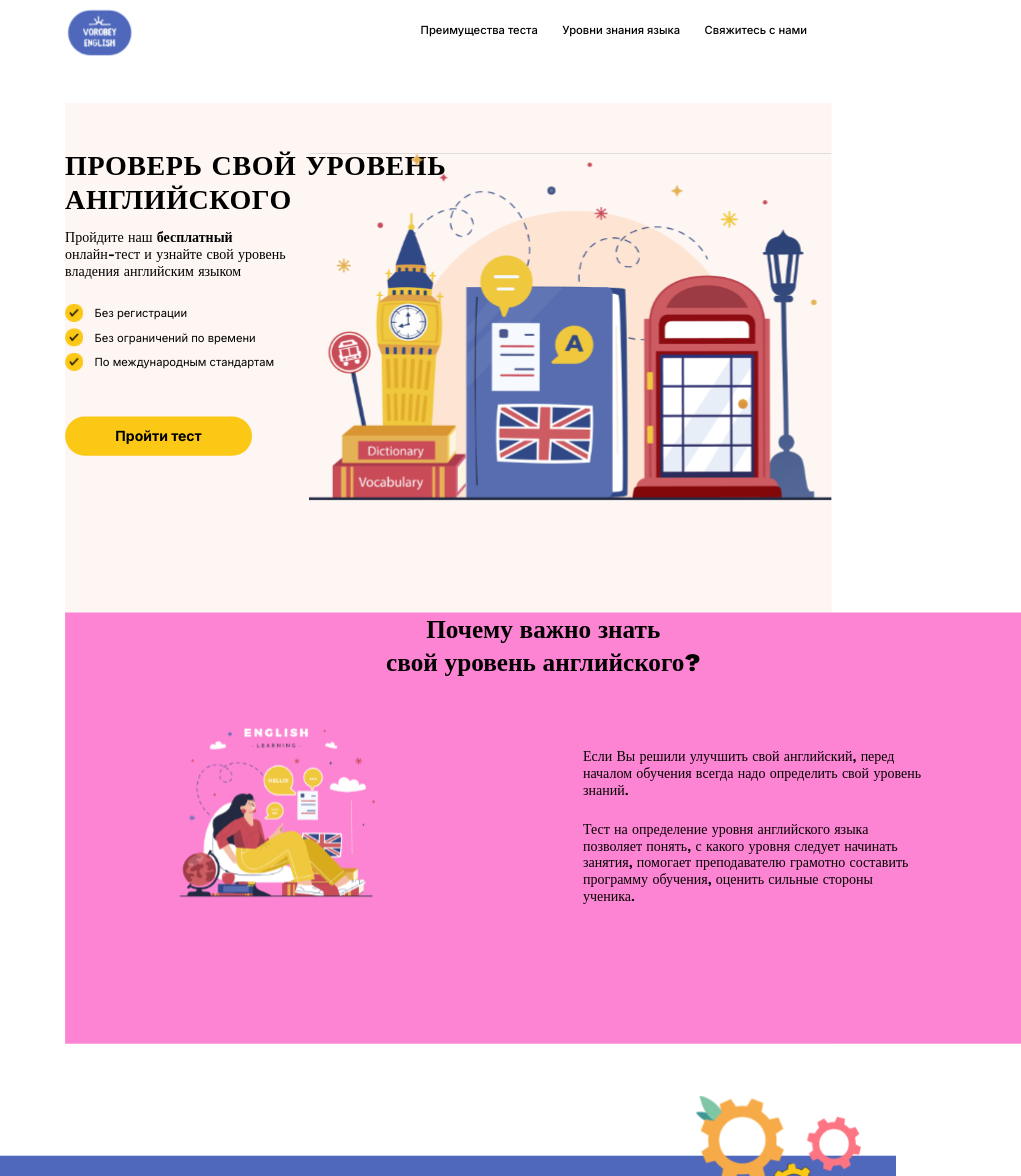
Repository: WladimirVA/PP-01-01_Dandelions
Page: Index.html
These files come from the project's save history. The page is drawn as it stood at one moment and after the next save; the edit follows.
The browser window is 1280 px wide. The page is 1459 px wide, then 1366 px, so the pictures cover 1459 px, including what lies to the right of the window. The pictures show the part of the page from y = 0 to 1680 px (the page is 4144 px tall), at 70% of full size.

Above is the page before, as saved 2023-01-25 14:46:54.

After the next save:
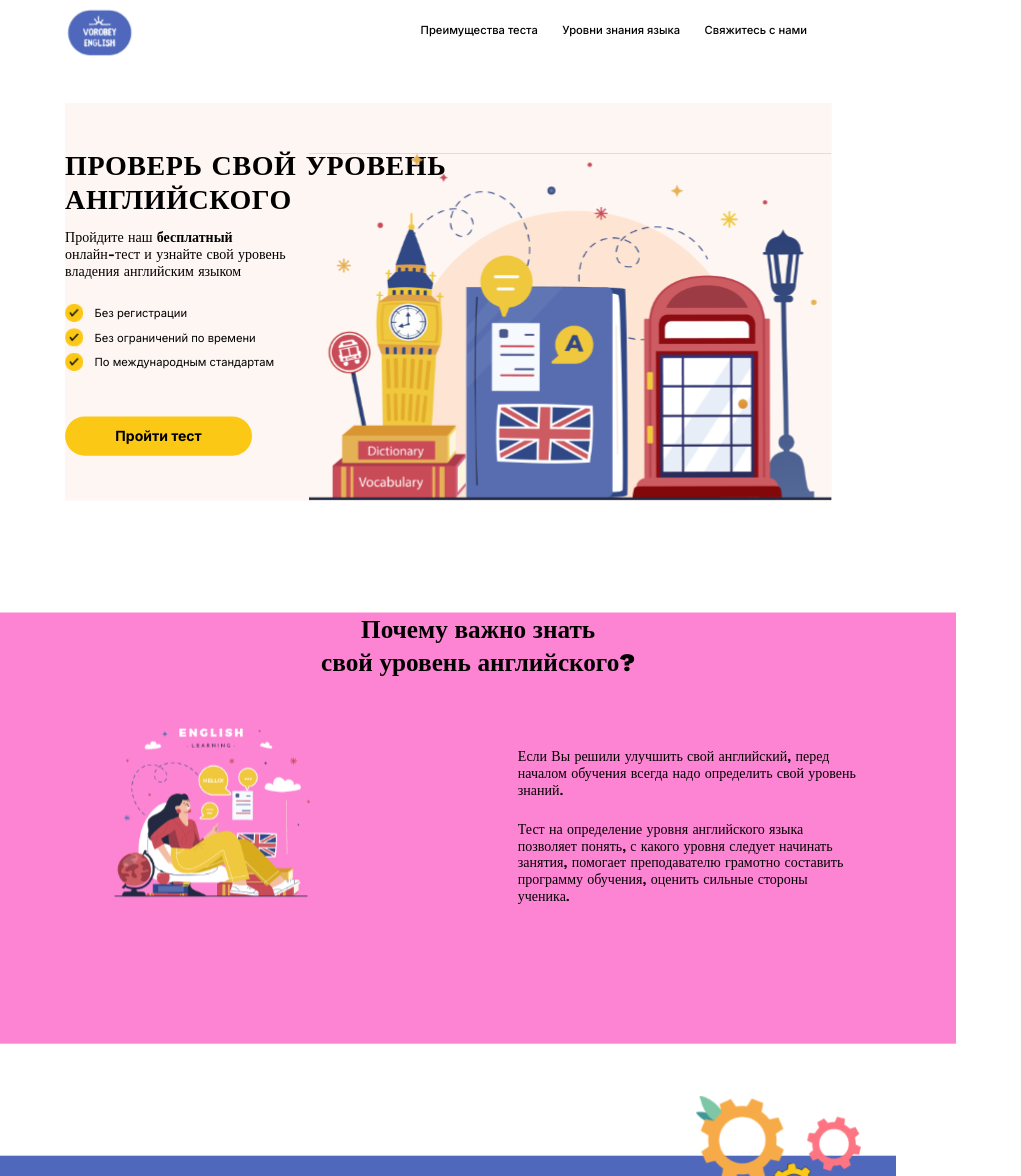
Saved 7 min 54 s later.
--- a/Index.html
+++ b/Index.html
@@ -56,21 +56,23 @@
                         <img src="./static/img/иллюстр 6 (1).svg">
                     </div>
                 </div>
-                <div class="section-home-1">
-                    <h1 class="title_2">Почему важно знать<br>свой уровень английского?</h1>
-                    <div class="section-home-2">
-                        <div class="image-home-2">
-                            <img src="./static/img/иллюстр 2 1.svg">
-                        </div>
-                        <div class="home_p home-text">
-                            <p>Если Вы решили улучшить свой английский, перед началом обучения всегда надо определить свой уровень знаний.</p>
-                            <p class="p-text">Тест на определение уровня английского языка позволяет понять, с какого уровня следует начинать занятия, помогает преподавателю грамотно составить программу обучения, оценить сильные стороны ученика.</p>
-                        </div>
-                    </div>
-                </div>
             </div>
 
         </div>
+        </section>
+        <section class="wyi-test">
+            <div class="section-home-1">
+                <h1 class="title_2">Почему важно знать<br>свой уровень английского?</h1>
+                <div class="section-home-2">
+                    <div class="image-home-2">
+                        <img src="./static/img/иллюстр 2 1.svg">
+                    </div>
+                    <div class="home_p home-text">
+                        <p>Если Вы решили улучшить свой английский, перед началом обучения всегда надо определить свой уровень знаний.</p>
+                        <p class="p-text">Тест на определение уровня английского языка позволяет понять, с какого уровня следует начинать занятия, помогает преподавателю грамотно составить программу обучения, оценить сильные стороны ученика.</p>
+                    </div>
+                </div>
+            </div>
         </section>
         <section class="ADVAN_TEST" id="ADVAN_TEST">
             <div class="section">
